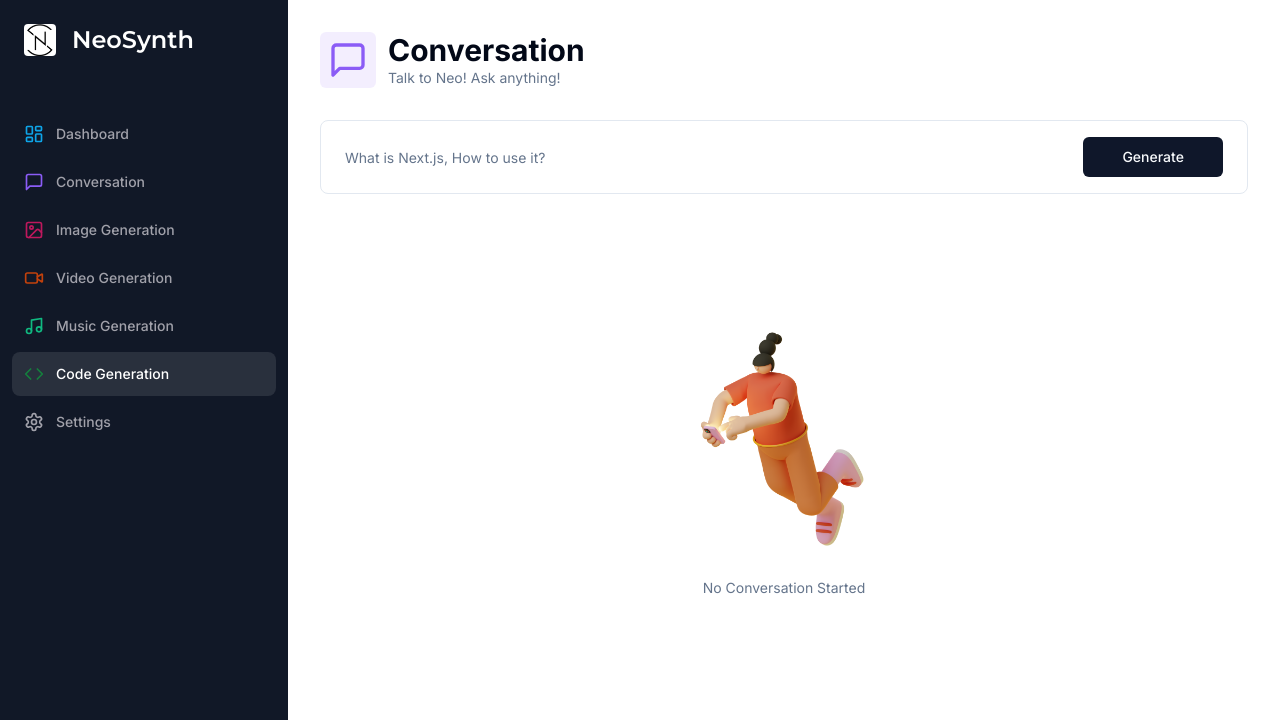
Repository: tathagat22/NeoSynth
Page: /code
An editor plug-in stored every save of this project. The page is shown before and after the next save, followed by the edit.
The browser window is 1280 px wide. The pictures show the whole page.
The page's requests for data from a server got no answer. The project was rebuilt for these pictures with package versions that can differ from the ones it lists, and the page was loaded fresh each time. Some packages were replaced by stand-ins written for this rebuild. The framework's server and built-in components were replaced by stand-ins that run in the browser. No one was signed in, and anything a server would have sent is missing. Also part of the build but not shown: next.config.js, components/ui/label.tsx, components/loader.tsx, components/ui/avatar.tsx, components/user-avatar.tsx, components/bot-avatar.tsx.

Above is the page before, as saved 2023-08-29 17:42:46.

### app/layout.tsx
import "./globals.css";
import type { Metadata } from "next";
import { Inter } from "next/font/google";
import { ClerkProvider } from "@clerk/nextjs";

const inter = Inter({ subsets: ["latin"] });

export const metadata: Metadata = {
  title: "NeoSynth",
  description: "Neo is thinking for you behind the matrix",
};

export default function RootLayout({
  children,
}: {
  children: React.ReactNode;
}) {
  return (
    <ClerkProvider>
      <html lang="en">
        <body className={inter.className}>{children}</body>
      </html>
    </ClerkProvider>
  );
}

### app/(dashboard)/layout.tsx
import Navbar from "@/components/Navbar";
import Sidebar from "@/components/sidebar";

const DashboardLayout = ({ children }: { children: React.ReactNode }) => {
  return (
    <div className="h-full relative">
      <div className="hidden h-full md:flex md:w-72 md:flex-col md:fixed md:inset-y-0 z-[80] bg-gray-900">
        <Sidebar />
      </div>
      <main className="md:pl-72">
        <Navbar /> {children}
      </main>
    </div>
  );
};

export default DashboardLayout;

### app/(dashboard)/(routes)/code/page.tsx
"use client";

import * as z from "zod";
import { Heading } from "@/components/heading";
import { MessageSquare } from "lucide-react";
import { useForm } from "react-hook-form";
import { formSchema } from "./constants";
import { zodResolver } from "@hookform/resolvers/zod";
import { Form, FormControl, FormField, FormItem } from "@/components/ui/form";
import { Input } from "@/components/ui/input";
import { Button } from "@/components/ui/button";
import axios from "axios";
import { useRouter } from "next/navigation";
import { useState } from "react";
import OpenAI from "openai";
import { Empty } from "@/components/empty";
import { Loader } from "@/components/loader";
import { cn } from "@/lib/utils";
import { UserAvatar } from "@/components/user-avatar";
import { BotAvatar } from "@/components/bot-avatar";
const CodePage = () => {
  const router = useRouter();
  const [messages, setMessages] = useState<
    OpenAI.Chat.Completions.CreateChatCompletionRequestMessage[]
  >([]);
  const form = useForm<z.infer<typeof formSchema>>({
    resolver: zodResolver(formSchema),
    defaultValues: {
      prompt: "",
    },
  });

  const isLoading = form.formState.isSubmitting;
  const onSubmit = async (values: z.infer<typeof formSchema>) => {
    try {
      const userMessage: OpenAI.Chat.Completions.CreateChatCompletionRequestMessage =
        {
          role: "user",
          content: values.prompt,
        };
      const newMessages = [...messages, userMessage];

      const response = await axios.post("/api/conversation", {
        messages: newMessages,
      });

      setMessages((current) => [...current, userMessage, response.data]);
      form.reset();
    } catch (error: any) {
      console.log(error);
    } finally {
      router.refresh();
    }
  };
  return (
    <div>
      <Heading
        title="Conversation"
        description="Talk to Neo! Ask anything!"
        icon={MessageSquare}
        iconColor="text-violet-500"
        bgColor="bg-violet-500/10"
      />
      <div className="px-4 lg:px-8">
        <div>
          <Form {...form}>
            <form
              onSubmit={form.handleSubmit(onSubmit)}
              className="rounded-lg border w-full p-4 px-3 md:px-6 focus-within:shadow-sm grid grid-cols-12 gap-2"
            >
              <FormField
                name="prompt"
                render={({ field }) => (
                  <FormItem className="col-span-12 lg:col-span-10">
                    <FormControl className="m-0 p-0">
                      <Input
                        className="border-0 outline-none focus-visible:ring-0 focus-visible:ring-transparent"
                        disabled={isLoading}
                        placeholder="What is Next.js, How to use it?"
                        {...field}
                      />
                    </FormControl>
                  </FormItem>
                )}
              />
              <Button
                className="col-span-12 lg:col-span-2 w-full"
                disabled={isLoading}
              >
                Generate
              </Button>
            </form>
          </Form>
        </div>
        <div className="space-y-4 mt-4">
          {isLoading && (
            <div className="p-8 rounded-lg w-full flex items-center justify-center bg-muted">
              <Loader />
            </div>
          )}
          {messages.length === 0 && !isLoading && (
            <Empty label="No Conversation Started" />
          )}
          <div className="flex flex-col-reverse gap-y-4">
            {messages.map((message) => (
              <div
                key={message.content}
                className={cn(
                  "p-8 w-full flex items-start gap-x-8 rounded-lg",
                  message.role === "user"
                    ? "bg-white border border-black/10"
                    : "bg-muted"
                )}
              >
                {message.role === "user" ? <UserAvatar /> : <BotAvatar />}
                <p className="text-sm">{message.content}</p>
              </div>
            ))}
          </div>
        </div>
      </div>
    </div>
  );
};

export default CodePage;

### app/globals.css
@tailwind base;
@tailwind components;
@tailwind utilities;

html, body, :root {
  height: 100%;
}
@layer base {
  :root {
    --background: 0 0% 100%;
    --foreground: 222.2 84% 4.9%;

    --card: 0 0% 100%;
    --card-foreground: 222.2 84% 4.9%;

    --popover: 0 0% 100%;
    --popover-foreground: 222.2 84% 4.9%;

    --primary: 222.2 47.4% 11.2%;
    --primary-foreground: 210 40% 98%;

    --secondary: 210 40% 96.1%;
    --secondary-foreground: 222.2 47.4% 11.2%;

    --muted: 210 40% 96.1%;
    --muted-foreground: 215.4 16.3% 46.9%;

    --accent: 210 40% 96.1%;
    --accent-foreground: 222.2 47.4% 11.2%;

    --destructive: 0 84.2% 60.2%;
    --destructive-foreground: 210 40% 98%;

    --border: 214.3 31.8% 91.4%;
    --input: 214.3 31.8% 91.4%;
    --ring: 222.2 84% 4.9%;

    --radius: 0.5rem;
  }

  .dark {
    --background: 222.2 84% 4.9%;
    --foreground: 210 40% 98%;

    --card: 222.2 84% 4.9%;
    --card-foreground: 210 40% 98%;

    --popover: 222.2 84% 4.9%;
    --popover-foreground: 210 40% 98%;

    --primary: 210 40% 98%;
    --primary-foreground: 222.2 47.4% 11.2%;

    --secondary: 217.2 32.6% 17.5%;
    --secondary-foreground: 210 40% 98%;

    --muted: 217.2 32.6% 17.5%;
    --muted-foreground: 215 20.2% 65.1%;

    --accent: 217.2 32.6% 17.5%;
    --accent-foreground: 210 40% 98%;

    --destructive: 0 62.8% 30.6%;
    --destructive-foreground: 210 40% 98%;

    --border: 217.2 32.6% 17.5%;
    --input: 217.2 32.6% 17.5%;
    --ring: 212.7 26.8% 83.9%;
  }
}

@layer base {
  * {
    @apply border-border;
  }
  body {
    @apply bg-background text-foreground;
  }
}

### components/Navbar.tsx

import { UserButton } from "@clerk/nextjs";
import MobileSidebar from "./mobile-sidebar";

const Navbar = () => {
    return (
        <div className="flex items-center p-4">
            <MobileSidebar />
            <div className="flex w-full justify-end">
                <UserButton afterSignOutUrl="/"/>
            </div>
        </div>
     );
}

export default Navbar;

### components/sidebar.tsx
"use client";

import { cn } from "@/lib/utils";
import { Montserrat } from "next/font/google";
import Image from "next/image";
import Link from "next/link";
import { usePathname } from "next/navigation";
import {
  LayoutDashboard,
  MessageSquare,
  ImageIcon,
  VideoIcon,
  Music,
  Code,
  Settings,
} from "lucide-react";
const montserrat = Montserrat({ weight: "600", subsets: ["latin"] });
const routes = [
  {
    label: "Dashboard",
    icon: LayoutDashboard,
    href: "/dashboard",
    color: "text-sky-500",
  },
  {
    label: "Conversation",
    icon: MessageSquare,
    href: "/conversation",
    color: "text-violet-500",
  },
  {
    label: "Image Generation",
    icon: ImageIcon,
    href: "/image",
    color: "text-pink-700",
  },
  {
    label: "Video Generation",
    icon: VideoIcon,
    href: "/video",
    color: "text-orange-700",
  },
  {
    label: "Music Generation",
    icon: Music,
    href: "/music",
    color: "text-emerald-500",
  },
  {
    label: "Code Generation",
    icon: Code,
    href: "/code",
    color: "text-green-700",
  },
  {
    label: "Settings",
    icon: Settings,
    href: "/settings",
  },
];
const Sidebar = () => {
  const pathname = usePathname();
  return (
    <div className="space-y-4 py-4 flex flex-col h-full bg-[#111827] text-white">
      <div className="px-3 py-2 flex-1">
        <Link href="/dashboard" className="flex items-center pl-3 mb-14">
          <div className="relative w-8 h-8 mr-4 rounded">
            <Image className="rounded" fill alt="Logo" src="/logo.png" />
          </div>
          <h1 className={cn("text-2xl font-bold", montserrat.className)}>
            NeoSynth
          </h1>
        </Link>
        <div className="space-y-1">
          {routes.map((route) => (
            <Link
              href={route.href}
              key={route.href}
              className={cn(
                "text-sm group flex p-3 w-full justify-start font-medium cursor-pointer hover:text-white hover:bg-white/10 rounded-lg transition", pathname == route.href ? "text-white bg-white/10" : "text-zinc-400"
              )}
            >
              <div className="flex items-center flex-1">
                <route.icon className={cn("h-5 w-5 mr-3", route.color)} />{" "}
                {route.label}
              </div>
            </Link>
          ))}
        </div>
      </div>
    </div>
  );
};

export default Sidebar;

### components/heading.tsx
import { cn } from "@/lib/utils";
import { LucideIcon } from "lucide-react";

interface HeadingProps {
  title: string;
  description: string;
  icon: LucideIcon;
  iconColor?: string;
  bgColor?: string;
}

export const Heading = ({
  title,
  description,
  icon: Icon,
  iconColor,
  bgColor,
}: HeadingProps) => {
  return (
    <div className="px-4 lg:px-8 flex items-center gap-x-3 mb-8">
      <div className={cn("p-2 w-fit rounded-md", bgColor)}>
        <Icon className={cn("w-10 h-10", iconColor)} />
      </div>
      <div>
        <h2 className="text-3xl font-bold">{title}</h2>
        <p className="text-sm text-muted-foreground">{description}</p>
      </div>
    </div>
  );
};

### app/(dashboard)/(routes)/code/constants.ts
import * as z from "zod";

export const formSchema = z.object({
  prompt: z.string().min(1, { message: "Prompt is required" }),
});

### components/ui/form.tsx
import * as React from "react"
import * as LabelPrimitive from "@radix-ui/react-label"
import { Slot } from "@radix-ui/react-slot"
import {
  Controller,
  ControllerProps,
  FieldPath,
  FieldValues,
  FormProvider,
  useFormContext,
} from "react-hook-form"

import { cn } from "@/lib/utils"
import { Label } from "@/components/ui/label"

const Form = FormProvider

type FormFieldContextValue<
  TFieldValues extends FieldValues = FieldValues,
  TName extends FieldPath<TFieldValues> = FieldPath<TFieldValues>
> = {
  name: TName
}

const FormFieldContext = React.createContext<FormFieldContextValue>(
  {} as FormFieldContextValue
)

const FormField = <
  TFieldValues extends FieldValues = FieldValues,
  TName extends FieldPath<TFieldValues> = FieldPath<TFieldValues>
>({
  ...props
}: ControllerProps<TFieldValues, TName>) => {
  return (
    <FormFieldContext.Provider value={{ name: props.name }}>
      <Controller {...props} />
    </FormFieldContext.Provider>
  )
}

const useFormField = () => {
  const fieldContext = React.useContext(FormFieldContext)
  const itemContext = React.useContext(FormItemContext)
  const { getFieldState, formState } = useFormContext()

  const fieldState = getFieldState(fieldContext.name, formState)

  if (!fieldContext) {
    throw new Error("useFormField should be used within <FormField>")
  }

  const { id } = itemContext

  return {
    id,
    name: fieldContext.name,
    formItemId: `${id}-form-item`,
    formDescriptionId: `${id}-form-item-description`,
    formMessageId: `${id}-form-item-message`,
    ...fieldState,
  }
}

type FormItemContextValue = {
  id: string
}

const FormItemContext = React.createContext<FormItemContextValue>(
  {} as FormItemContextValue
)

const FormItem = React.forwardRef<
  HTMLDivElement,
  React.HTMLAttributes<HTMLDivElement>
>(({ className, ...props }, ref) => {
  const id = React.useId()

  return (
    <FormItemContext.Provider value={{ id }}>
      <div ref={ref} className={cn("space-y-2", className)} {...props} />
    </FormItemContext.Provider>
  )
})
FormItem.displayName = "FormItem"

const FormLabel = React.forwardRef<
  React.ElementRef<typeof LabelPrimitive.Root>,
  React.ComponentPropsWithoutRef<typeof LabelPrimitive.Root>
>(({ className, ...props }, ref) => {
  const { error, formItemId } = useFormField()

  return (
    <Label
      ref={ref}
      className={cn(error && "text-destructive", className)}
      htmlFor={formItemId}
      {...props}
    />
  )
})
FormLabel.displayName = "FormLabel"

const FormControl = React.forwardRef<
  React.ElementRef<typeof Slot>,
  React.ComponentPropsWithoutRef<typeof Slot>
>(({ ...props }, ref) => {
  const { error, formItemId, formDescriptionId, formMessageId } = useFormField()

  return (
    <Slot
      ref={ref}
      id={formItemId}
      aria-describedby={
        !error
          ? `${formDescriptionId}`
          : `${formDescriptionId} ${formMessageId}`
      }
      aria-invalid={!!error}
      {...props}
    />
  )
})
FormControl.displayName = "FormControl"

const FormDescription = React.forwardRef<
  HTMLParagraphElement,
  React.HTMLAttributes<HTMLParagraphElement>
>(({ className, ...props }, ref) => {
  const { formDescriptionId } = useFormField()

  return (
    <p
      ref={ref}
      id={formDescriptionId}
      className={cn("text-sm text-muted-foreground", className)}
      {...props}
    />
  )
})
FormDescription.displayName = "FormDescription"

const FormMessage = React.forwardRef<
  HTMLParagraphElement,
  React.HTMLAttributes<HTMLParagraphElement>
>(({ className, children, ...props }, ref) => {
  const { error, formMessageId } = useFormField()
  const body = error ? String(error?.message) : children

  if (!body) {
    return null
  }

  return (
    <p
      ref={ref}
      id={formMessageId}
      className={cn("text-sm font-medium text-destructive", className)}
      {...props}
    >
      {body}
    </p>
  )
})
FormMessage.displayName = "FormMessage"

export {
  useFormField,
  Form,
  FormItem,
  FormLabel,
  FormControl,
  FormDescription,
  FormMessage,
  FormField,
}

### components/ui/input.tsx
import * as React from "react"

import { cn } from "@/lib/utils"

export interface InputProps
  extends React.InputHTMLAttributes<HTMLInputElement> {}

const Input = React.forwardRef<HTMLInputElement, InputProps>(
  ({ className, type, ...props }, ref) => {
    return (
      <input
        type={type}
        className={cn(
          "flex h-10 w-full rounded-md border border-input bg-background px-3 py-2 text-sm ring-offset-background file:border-0 file:bg-transparent file:text-sm file:font-medium placeholder:text-muted-foreground focus-visible:outline-none focus-visible:ring-2 focus-visible:ring-ring focus-visible:ring-offset-2 disabled:cursor-not-allowed disabled:opacity-50",
          className
        )}
        ref={ref}
        {...props}
      />
    )
  }
)
Input.displayName = "Input"

export { Input }

### components/ui/button.tsx
import * as React from "react"
import { Slot } from "@radix-ui/react-slot"
import { cva, type VariantProps } from "class-variance-authority"

import { cn } from "@/lib/utils"

const buttonVariants = cva(
  "inline-flex items-center justify-center rounded-md text-sm font-medium ring-offset-background transition-colors focus-visible:outline-none focus-visible:ring-2 focus-visible:ring-ring focus-visible:ring-offset-2 disabled:pointer-events-none disabled:opacity-50",
  {
    variants: {
      variant: {
        default: "bg-primary text-primary-foreground hover:bg-primary/90",
        destructive:
          "bg-destructive text-destructive-foreground hover:bg-destructive/90",
        outline:
          "border border-input bg-background hover:bg-accent hover:text-accent-foreground",
        secondary:
          "bg-secondary text-secondary-foreground hover:bg-secondary/80",
        ghost: "hover:bg-accent hover:text-accent-foreground",
        link: "text-primary underline-offset-4 hover:underline",
      },
      size: {
        default: "h-10 px-4 py-2",
        sm: "h-9 rounded-md px-3",
        lg: "h-11 rounded-md px-8",
        icon: "h-10 w-10",
      },
    },
    defaultVariants: {
      variant: "default",
      size: "default",
    },
  }
)

export interface ButtonProps
  extends React.ButtonHTMLAttributes<HTMLButtonElement>,
    VariantProps<typeof buttonVariants> {
  asChild?: boolean
}

const Button = React.forwardRef<HTMLButtonElement, ButtonProps>(
  ({ className, variant, size, asChild = false, ...props }, ref) => {
    const Comp = asChild ? Slot : "button"
    return (
      <Comp
        className={cn(buttonVariants({ variant, size, className }))}
        ref={ref}
        {...props}
      />
    )
  }
)
Button.displayName = "Button"

export { Button, buttonVariants }

### components/empty.tsx
import Image from "next/image";

interface EmptyProps {
  label: string;
}

export const Empty = ({ label }: EmptyProps) => {
  return (
    <div className="h-full p-20 flex flex-col items-center justify-center">
      <div className="relative h-72 w-72">
        <Image src="/empty.png" fill alt="Empty" />
      </div>
      <p className="text-muted-foreground text-sm text-center">{label}</p>
    </div>
  );
};

### components/mobile-sidebar.tsx
"use client";

import { Button } from "./ui/button";
import { Menu } from "lucide-react";
import { Sheet, SheetContent, SheetTrigger } from "./ui/sheet";
import Sidebar from "./sidebar";
import { useEffect, useState } from "react";
const MobileSidebar = () => {
  //Hydration Error Fix
  const [isMounted, setIsMounted] = useState(false);

  useEffect(() => {
    setIsMounted(true);
  }, []);
  if (!isMounted) return null;
  //Hydration Error Fix Ends Here
  return (
    <Sheet>
      <SheetTrigger>
        <Button variant="ghost" size="icon" className="md:hidden">
          <Menu />
        </Button>
      </SheetTrigger>
      <SheetContent side="left" className="p-0">
        <Sidebar />
      </SheetContent>
    </Sheet>
  );
};

export default MobileSidebar;

### components/ui/sheet.tsx
"use client"

import * as React from "react"
import * as SheetPrimitive from "@radix-ui/react-dialog"
import { cva, type VariantProps } from "class-variance-authority"
import { X } from "lucide-react"

import { cn } from "@/lib/utils"

const Sheet = SheetPrimitive.Root

const SheetTrigger = SheetPrimitive.Trigger

const SheetClose = SheetPrimitive.Close

const SheetPortal = ({
  className,
  ...props
}: SheetPrimitive.DialogPortalProps) => (
  <SheetPrimitive.Portal className={cn(className)} {...props} />
)
SheetPortal.displayName = SheetPrimitive.Portal.displayName

const SheetOverlay = React.forwardRef<
  React.ElementRef<typeof SheetPrimitive.Overlay>,
  React.ComponentPropsWithoutRef<typeof SheetPrimitive.Overlay>
>(({ className, ...props }, ref) => (
  <SheetPrimitive.Overlay
    className={cn(
      "fixed inset-0 z-50 bg-background/80 backdrop-blur-sm data-[state=open]:animate-in data-[state=closed]:animate-out data-[state=closed]:fade-out-0 data-[state=open]:fade-in-0",
      className
    )}
    {...props}
    ref={ref}
  />
))
SheetOverlay.displayName = SheetPrimitive.Overlay.displayName

const sheetVariants = cva(
  "fixed z-50 gap-4 bg-background p-6 shadow-lg transition ease-in-out data-[state=open]:animate-in data-[state=closed]:animate-out data-[state=closed]:duration-300 data-[state=open]:duration-500",
  {
    variants: {
      side: {
        top: "inset-x-0 top-0 border-b data-[state=closed]:slide-out-to-top data-[state=open]:slide-in-from-top",
        bottom:
          "inset-x-0 bottom-0 border-t data-[state=closed]:slide-out-to-bottom data-[state=open]:slide-in-from-bottom",
        left: "inset-y-0 left-0 h-full w-3/4 border-r data-[state=closed]:slide-out-to-left data-[state=open]:slide-in-from-left sm:max-w-sm",
        right:
          "inset-y-0 right-0 h-full w-3/4  border-l data-[state=closed]:slide-out-to-right data-[state=open]:slide-in-from-right sm:max-w-sm",
      },
    },
    defaultVariants: {
      side: "right",
    },
  }
)

interface SheetContentProps
  extends React.ComponentPropsWithoutRef<typeof SheetPrimitive.Content>,
    VariantProps<typeof sheetVariants> {}

const SheetContent = React.forwardRef<
  React.ElementRef<typeof SheetPrimitive.Content>,
  SheetContentProps
>(({ side = "right", className, children, ...props }, ref) => (
  <SheetPortal>
    <SheetOverlay />
    <SheetPrimitive.Content
      ref={ref}
      className={cn(sheetVariants({ side }), className)}
      {...props}
    >
      {children}
      <SheetPrimitive.Close className="absolute right-4 top-4 rounded-sm opacity-70 ring-offset-background transition-opacity hover:opacity-100 focus:outline-none focus:ring-2 focus:ring-ring focus:ring-offset-2 disabled:pointer-events-none data-[state=open]:bg-secondary">
        <X className="h-4 w-4" />
        <span className="sr-only">Close</span>
      </SheetPrimitive.Close>
    </SheetPrimitive.Content>
  </SheetPortal>
))
SheetContent.displayName = SheetPrimitive.Content.displayName

const SheetHeader = ({
  className,
  ...props
}: React.HTMLAttributes<HTMLDivElement>) => (
  <div
    className={cn(
      "flex flex-col space-y-2 text-center sm:text-left",
      className
    )}
    {...props}
  />
)
SheetHeader.displayName = "SheetHeader"

const SheetFooter = ({
  className,
  ...props
}: React.HTMLAttributes<HTMLDivElement>) => (
  <div
    className={cn(
      "flex flex-col-reverse sm:flex-row sm:justify-end sm:space-x-2",
      className
    )}
    {...props}
  />
)
SheetFooter.displayName = "SheetFooter"

const SheetTitle = React.forwardRef<
  React.ElementRef<typeof SheetPrimitive.Title>,
  React.ComponentPropsWithoutRef<typeof SheetPrimitive.Title>
>(({ className, ...props }, ref) => (
  <SheetPrimitive.Title
    ref={ref}
    className={cn("text-lg font-semibold text-foreground", className)}
    {...props}
  />
))
SheetTitle.displayName = SheetPrimitive.Title.displayName

const SheetDescription = React.forwardRef<
  React.ElementRef<typeof SheetPrimitive.Description>,
  React.ComponentPropsWithoutRef<typeof SheetPrimitive.Description>
>(({ className, ...props }, ref) => (
  <SheetPrimitive.Description
    ref={ref}
    className={cn("text-sm text-muted-foreground", className)}
    {...props}
  />
))
SheetDescription.displayName = SheetPrimitive.Description.displayName

export {
  Sheet,
  SheetTrigger,
  SheetClose,
  SheetContent,
  SheetHeader,
  SheetFooter,
  SheetTitle,
  SheetDescription,
}

Loaded but not shown: lib/utils.ts (common file); tailwind.config.js (common file)

After the next save:
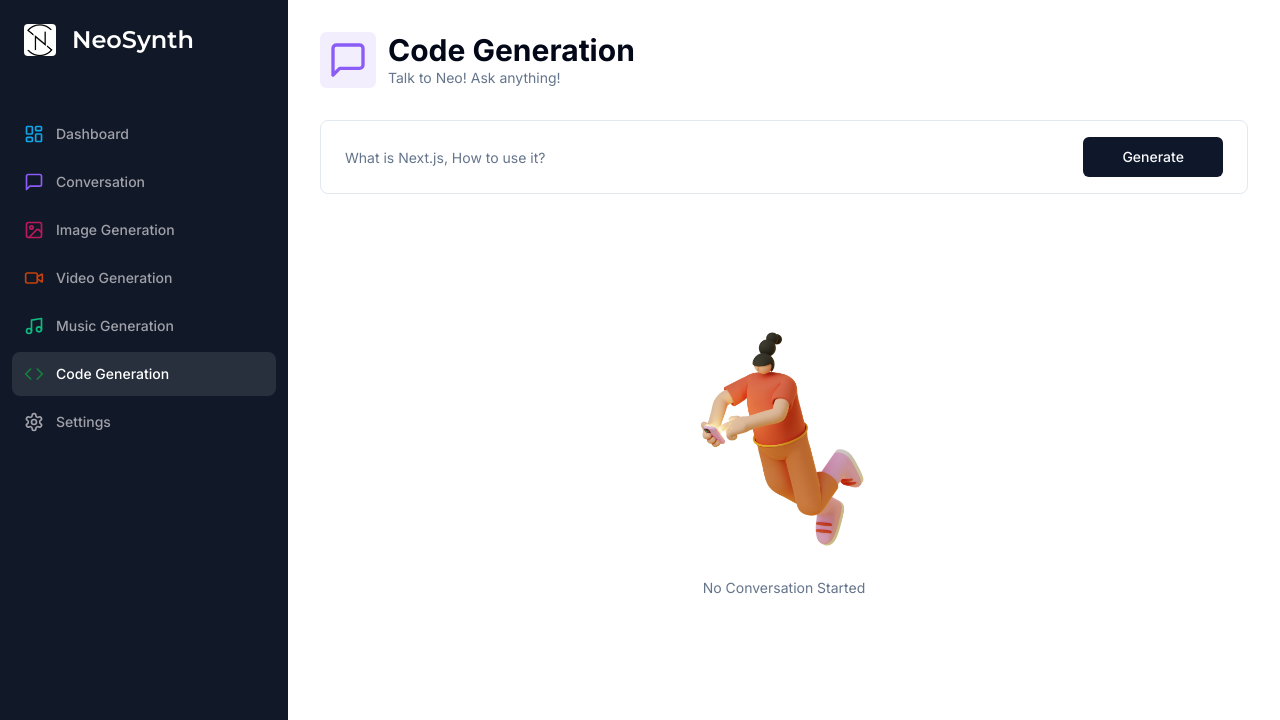
Saved 17 s later.
--- a/app/(dashboard)/(routes)/code/page.tsx
+++ b/app/(dashboard)/(routes)/code/page.tsx
@@ -55,7 +55,7 @@
   return (
     <div>
       <Heading
-        title="Conversation"
+        title="Code Generation"
         description="Talk to Neo! Ask anything!"
         icon={MessageSquare}
         iconColor="text-violet-500"
